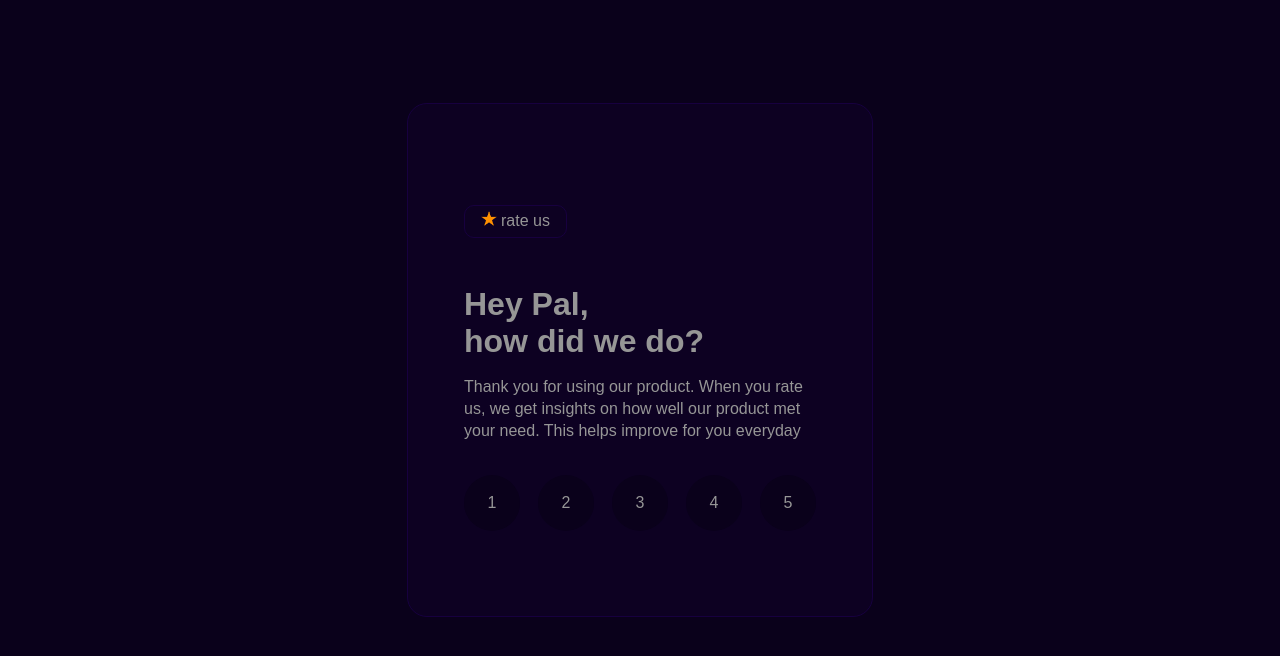
Repository: russel-success/xcodepp-TASK-2
Page: index.html
The author's editor kept a copy of each file at every save. The page is drawn from the files as they stood at one save, then again after the next save.
The browser window is 1280 px wide. The pictures show the whole page.

Above is the page before, as saved 2024-05-27 17:32:13.

### index.html
<!DOCTYPE html>
<html lang="en">
<head>
    <meta charset="UTF-8">
    <meta name="viewport" content="width=device-width, initial-scale=1.0">
    <link rel="stylesheet" href="styles/styles.css">
    <title>Ratings</title>
</head>
<body>
    <div class="container">
        <div class="card-container">
            <div class="submit-state-container">
                <div class="rate-us">
                    <span><img src="assets/star.png" alt=""></span><span><p>rate us</p></span>
                </div>
                <div class="body-text-container">
                    <h1>Hey Pal,<br> how did we do?</h1>
                    <p class="body-text">Thank you for using our product. When you rate us, we get insights on how well our product met your need. This helps improve for you everyday</p>
                </div>
                <div class="ratings-container">
                    <div class="rating">1</div>
                    <div class="rating">2</div>
                    <div class="rating">3</div>
                    <div class="rating">4</div>
                    <div class="rating">5</div>
                </div>
                <!-- <div class="button-container"><button class="submit">submit</button></div> -->
            </div>
            <div class="feedback-state-container">
                <div class="rate-and-star">
                    <div id="rate-value"></div>
                    <div id="fd-star">
                        <img src="assets/star.png" alt="">
                    </div><br>
                </div>

                <div class="body-text-container">
                    <p>thank you for rating us Pal! We certainly wil be using this feedback to create better experience for you</p>
                </div>

             </div>
    </div>
    </div>
    <script src="script.js"></script>
</body>
</html>

### styles/styles.css
:root{
    --prim-purple:rgb(8, 1, 30);
    --headline:Arial, Helvetica, sans-serif ;
}
*{
    padding:0;
    margin:0;
    transition:0.3s ease;
}
.container{
    background:rgb(10, 1, 27);
    width:100vw;
    height:100vh;
    display:flex;
    justify-content: center;
    align-items: center;
}
.submit-state-container{
    display:flex;
    align-items:left;
    justify-content: center;
    flex-direction:column;
    gap:16px;
}
.feedback-state-container{
    display:none;
    text-align:center;
    align-items:center;
    justify-content: center;
    flex-direction:column;
    gap:40px;

}
.card-container{
    width:30%;
    min-width:240px;
    height:60%;
    min-height:250px;
    box-sizing:content-box;
    padding:40px;
    /* margin:24px; */
    border-radius: 20px;
    border:1px solid rgb(23, 0, 63);
    background:rgb(13, 1, 34);
    color:rgb(150, 150, 150);
    font-family:var(--headline);
    line-height: 1.4rem;
    font-weight:100;
    display:flex;
    /* align-items:center; */
    justify-content: center;
    flex-direction:column;
    transition:box-sizing 0.8s ease;
}
.rate-us{
    display: flex;
    justify-content:left;
    align-items: center;
    gap:4px;
    margin:16px;
    padding:4px 16px;
    border:1px solid rgb(23, 0, 63);
    border-radius:10px;
    width:fit-content;
    height:fit-content;
}
.rate-us img{
    width:16px;
}
.body-text-container{
    width:fit-content;
    height:fit-content;
    padding:16px;
    display:flex;
    flex-direction: column;
    gap:16px;
}
h1{
    line-height: normal;
    font-weight:700;
}
.body-text{
    color:inherit;
}
.ratings-container{
    display:flex;
    justify-content:space-between;
    align-items: center;
    width:auto;
    height:56px;
    /* border:1px solid white; */
    margin:0 16px;
}
.rating{
    /* border:1px solid white; */
    width:56px;
    height:56px;
    /* min-width:40px;
    min-height:40px; */
    text-align:center;
    align-content:center;
    border-radius:28px;
    background:rgb(10, 1, 27);
    color:rgb(150, 150, 150);
    transition:background 0.3s ease;
    cursor:pointer;
}
.rating:hover{
    background:rgb(150, 150, 150);
    color:rgb(13, 1, 34);
}

.chosen-rating{
    background:rgb(255, 145, 0);
    color:rgb(13, 1, 34);
}
.button-container{
    display:flex;
    justify-content:center;
    align-items: center;
    width:auto;
    height:auto;
    padding:8px 16px;
}
.submit{
    width:100%;
    height:fit-content;
    padding:12px 0;
    border-radius:10px;
    border:1px solid rgb(23, 0, 63);
    background:rgb(150, 150, 150);
    transition: 0.2s ease;
    cursor:pointer;
    transform:translate3d(0,15px,100px);
    opacity:0;
    animation: slide-in 0.7s 0.1s forwards;
}
.submit:hover{
    background:rgb(138, 138, 138);
}
.rate-and-star{
    display:flex;
    justify-content: center;
    align-items:center;
    gap:4px;
    height:fit-content;
}
#rate-value{
    font-size:8rem;
}
#fd-star{
    text-align:center;
    width:auto;

}
@keyframes slide-in{
    /* 0%{transform:translate3d(0,100px,20px)} */
    100%{transform:translate3d(0,0,0); opacity:1}
}
@media screen and (max-width:360px){
   text{
    font-size:0.9rem;
   }
   .card-container{
    height:40%;
    padding:32px;
    box-sizing:content-box;
   }
   .rating{
    width:40px;
    height:40px;
    border-radius:20px;
    font-size:0.8rem;
   }
}

### script.js
var ratings=document.querySelectorAll(".rating");
const card_container=document.querySelector(".card-container");
const submit_state_container=document.querySelector(".submit-state-container");
const feedback_state_container=document.querySelector(".feedback-state-container");
const button_container=document.createElement("div");
button_container.classList.add("button-container");
const submit=document.createElement("button");
submit.classList.add("submit");
submit.textContent="submit";
//rating user chose, displayed in feedback message
rate_span=document.querySelector("#rate-value");

// console.log(ratings[1].textContent);
ratings.forEach(element=>{
    element.addEventListener("click",()=>{
        ratings.forEach(element=>{
            element.classList.remove('chosen-rating');
        })
        element.classList.add('chosen-rating');
        var rate_val=element.textContent;
        rate_span.textContent=rate_val;
       for(var i=0; i<element.textContent; i++){
        ratings[i].classList.add('chosen-rating');
       }
       button_container.appendChild(submit);
      submit_state_container.appendChild(button_container);

    });


});

submit.addEventListener("click",()=>{
    submit_state_container.style.display="none";
    feedback_state_container.style.display="flex";
    console.log(rate_span.textContent);
});

After the next save:
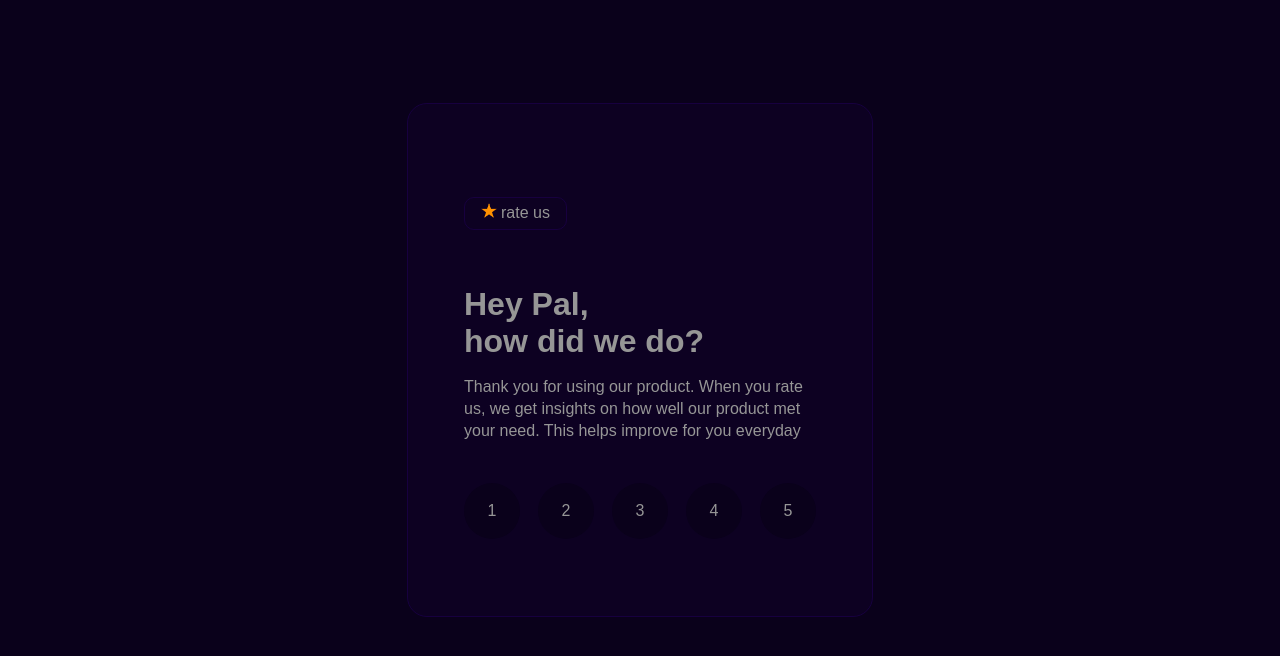
Saved 14 s later.
--- a/styles/styles.css
+++ b/styles/styles.css
@@ -20,7 +20,7 @@
     align-items:left;
     justify-content: center;
     flex-direction:column;
-    gap:16px;
+    gap:24px;
 }
 .feedback-state-container{
     display:none;
